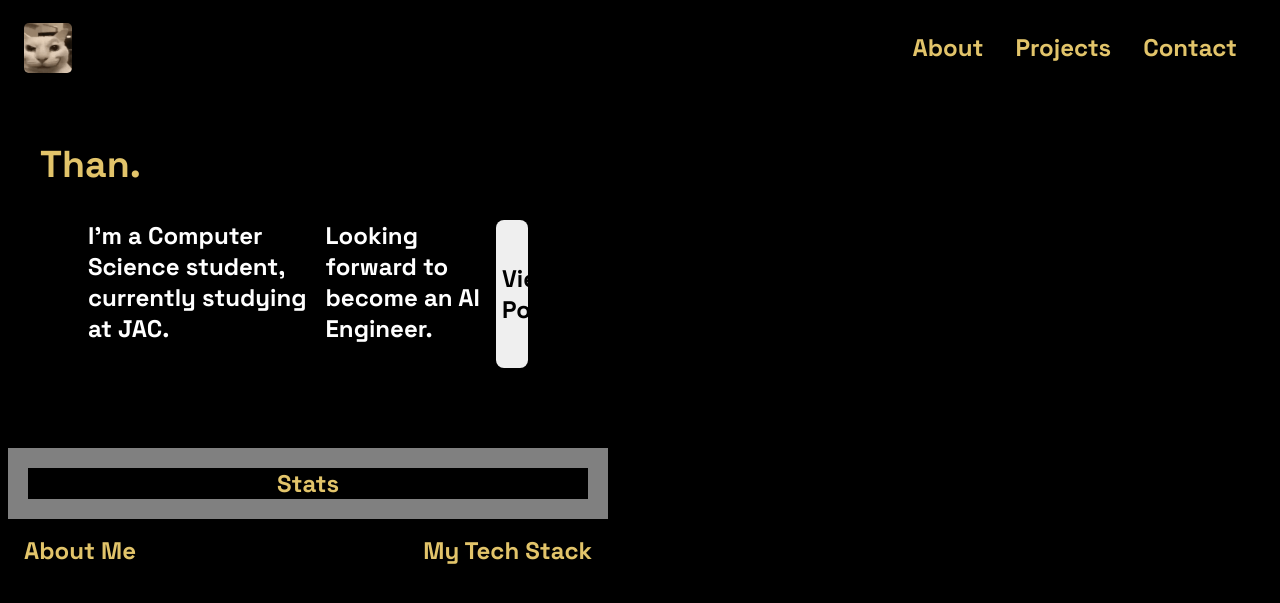
Repository: Than-dot/Than-dot
Page: index.html
An editor plug-in stored every save of this project. The page is shown before and after the next save, followed by the edit.
The browser window is 1280 px wide. The pictures show the whole page.

Above is the page before, as saved 2026-05-06 12:32:02.

After the next save:
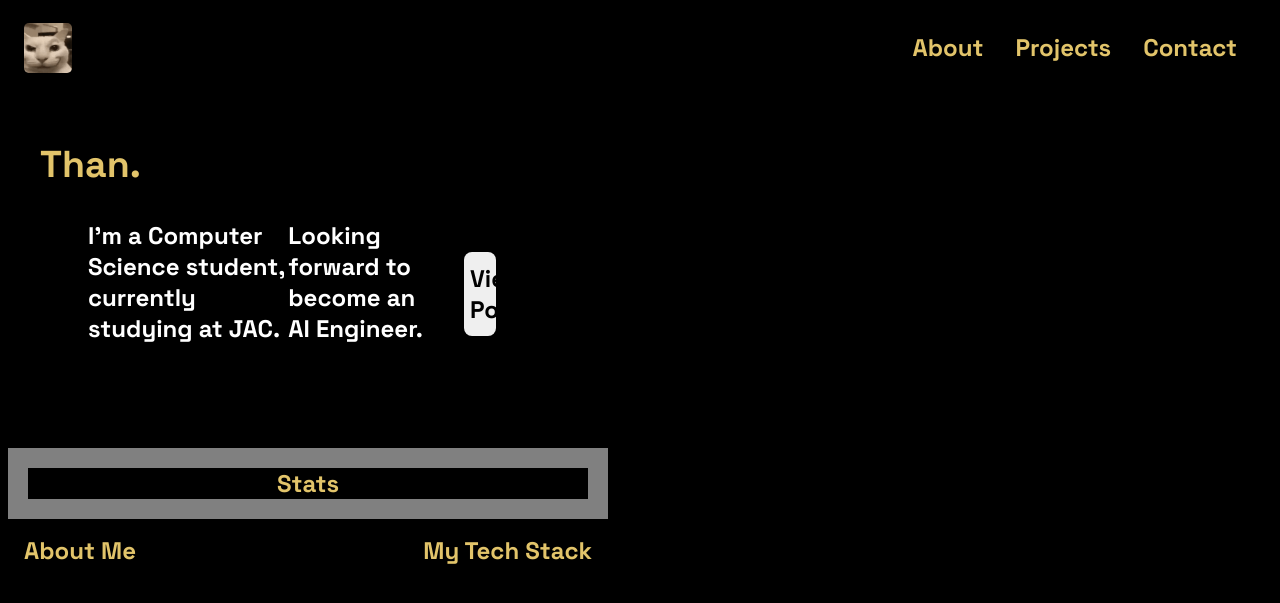
Saved 11 s later.
--- a/styles/index.css
+++ b/styles/index.css
@@ -48,7 +48,7 @@ button {
   border-radius: 8px;
   border: none;
   max-width: 2rem;
-  justify-content: center;
+  margin: 2rem;
 }
 
 button:hover {
